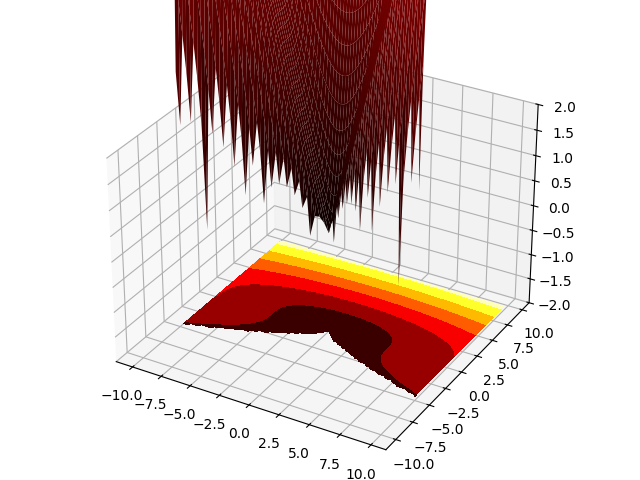
Repository: Jaamunozr/Archivos-python
Script's output: python Archivos Python/Graficas/3d.py
An editor plug-in stored every save of this project. The script's output is shown before and after the next save, followed by the edit.
Random numbers start from a fixed seed.

Above is the script's output before, as saved 2020-02-19 11:27:17.

### Archivos Python/Graficas/3d.py
import pylab as pl
import numpy as np
from mpl_toolkits.mplot3d import Axes3D

fig = pl.figure()
ax = Axes3D(fig)
X = np.arange(-10, 10, 0.25)
Y = np.arange(-10, 10, 0.25)
X, Y = np.meshgrid(X, Y)
axs = 5 #, ay = 0.5
print(axs)
Z = np.sqrt(X ** 2 + Y ** 3)


ax.plot_surface(X, Y, Z, rstride=1, cstride=1, cmap=pl.cm.hot)
ax.contourf(X, Y, Z, zdir='z', offset=-2, cmap=pl.cm.hot)
ax.set_zlim(-2, 2)

pl.show()

After the next save:
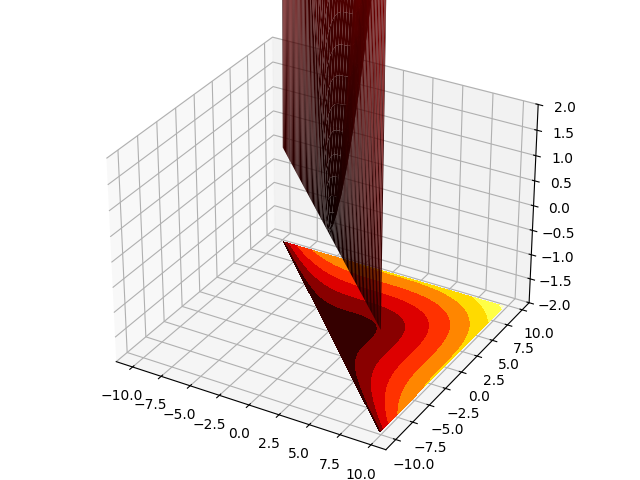
Saved 51 s later.
--- a/Archivos Python/Graficas/3d.py
+++ b/Archivos Python/Graficas/3d.py
@@ -9,7 +9,7 @@ Y = np.arange(-10, 10, 0.25)
 X, Y = np.meshgrid(X, Y)
 axs = 5 #, ay = 0.5
 print(axs)
-Z = np.sqrt(X ** 2 + Y ** 3)
+Z = np.sqrt(X ** 3 + Y ** 3)
 
 
 ax.plot_surface(X, Y, Z, rstride=1, cstride=1, cmap=pl.cm.hot)
